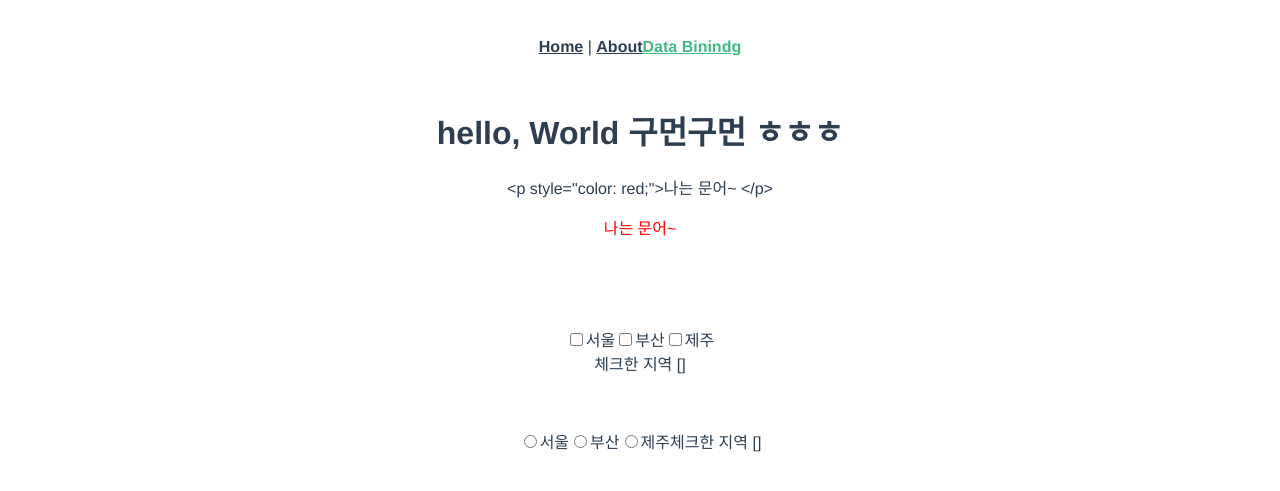
Repository: jang0ha/vue
Page: /databinding
These files come from the project's save history. The page is drawn as it stood at one moment and after the next save; the edit follows.
The browser window is 1280 px wide. The pictures show the whole page.
The project was rebuilt for these pictures with package versions that can differ from the ones it lists, and the page was loaded fresh each time. Also part of the build but not shown: vue.config.js, src/components/HelloWorld.vue, src/views/HomeView.vue, src/views/AboutView.vue.

Above is the page before, as saved 2022-04-06 12:19:06.

### src/App.vue
<template>
  <nav>
    <router-link to="/">Home</router-link> |
    <router-link to="/about">About</router-link>
    <router-link to="/databinding">Data Binindg</router-link>
  </nav>
  <router-view/>
</template>

<style>
#app {
  font-family: Avenir, Helvetica, Arial, sans-serif;
  -webkit-font-smoothing: antialiased;
  -moz-osx-font-smoothing: grayscale;
  text-align: center;
  color: #2c3e50;
}

nav {
  padding: 30px;
}

nav a {
  font-weight: bold;
  color: #2c3e50;
}

nav a.router-link-exact-active {
  color: #42b983;
}
</style>

### src/router/index.js
import { createRouter, createWebHistory } from 'vue-router'
import HomeView from '../views/HomeView.vue'
import AboutView from '../views/AboutView.vue'
import DataBinding from '../views/DataBinding.vue'

const routes = [
  {
    path: '/', //브라우저에서 접속하는 url 주소를 정의
    name: 'home',
    component: HomeView // 지정된path로 들어왔을 때 보여줄 vue 컴포넌트 , 앞으로 구현할 vue 파일을 연결하고, 해당파일을 실행
  },
  {
    path: '/about',
    name: 'about',
    // route level code-splitting  >> 라우트 레벨에서 코드를 분할하는 방법
    // this generates a separate chunk (about.[hash].js) for this route  >> 이 라우트에 대한 chunk파일이 분리되어 생성
    // which is lazy-loaded when the route is visited.  >> 이 라우트에 방문했을떄 지연로드 됩니다.
    // component: () => import(
      /* webpackChunkName: "about" */
    //   '../views/AboutView.vue'
    // )
    component: AboutView
  },
  {
    path: '/databinding',
    name: 'DataBinding',
    // route level code-splitting  >> 라우트 레벨에서 코드를 분할하는 방법
    // this generates a separate chunk (about.[hash].js) for this route  >> 이 라우트에 대한 chunk파일이 분리되어 생성
    // which is lazy-loaded when the route is visited.  >> 이 라우트에 방문했을떄 지연로드 됩니다.
    component:DataBinding
  }
]

const router = createRouter({
  history: createWebHistory(process.env.BASE_URL),
  routes
})

export default router

### src/views/DataBinding.vue
<template>
    <h1>hello, {{title}}</h1>

    <div>
        <div>{{htmlString}}</div>
        <div v-html="htmlString"></div>

        <br><br><br><br>

        <label for="1"><input type="checkbox" name="" id="1" v-model="checked" value="서울">서울</label>
        <label for="2"><input type="checkbox" name="" id="2" v-model="checked" value="부산">부산</label>
        <label for="3"><input type="checkbox" name="" id="3" v-model="checked" value="제주">제주</label>
        <br>
        <span>체크한 지역 {{checked}}</span>
          <br><br><br><br>
        <label for="4"><input type="radio" name="" id="4" v-model="picked" value="서울">서울</label>
        <label for="5"><input type="radio" name="" id="5" v-model="picked" value="부산">부산</label>
        <label for="6"><input type="radio" name="" id="6" v-model="picked" value="제주">제주</label>
        <span>체크한 지역 {{picked}}</span>
    </div>
</template>
<script>
export default {
    data(){ //html과 자바스크립트 코드에서 사용할 데이터 변수 선언
        return {
            title : "World 구먼구먼 ㅎㅎㅎ",
            htmlString:'<p style="color: red;">나는 문어~ </p>',
            checked: [],
            picked:[],
        };
    },

}
</script>

Loaded but not shown: public/index.html (common file); src/main.js (common file)

After the next save:
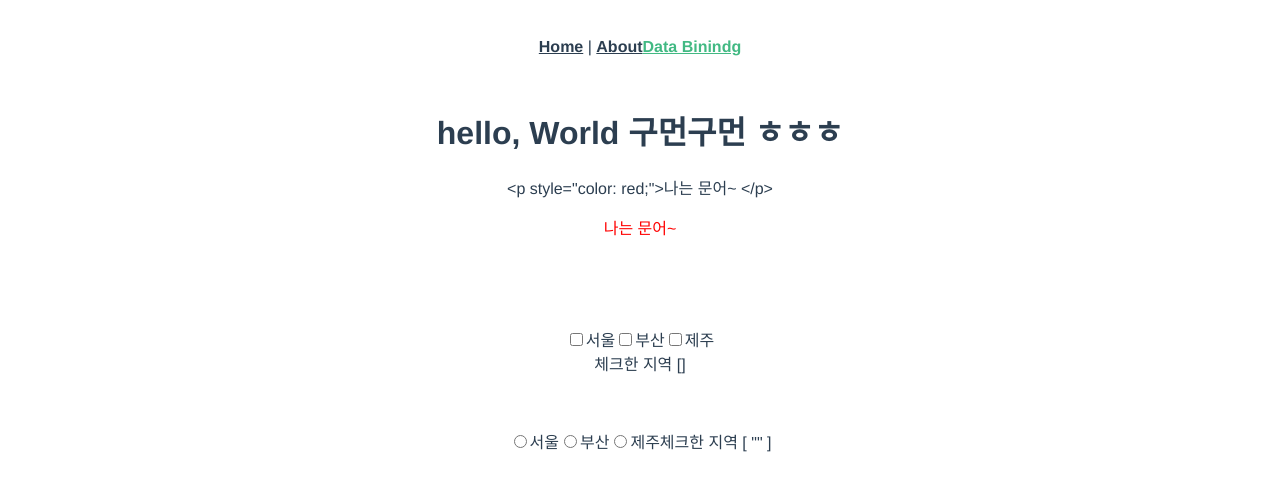
Saved 58 s later.
--- a/src/views/DataBinding.vue
+++ b/src/views/DataBinding.vue
@@ -26,7 +26,7 @@
             title : "World 구먼구먼 ㅎㅎㅎ",
             htmlString:'<p style="color: red;">나는 문어~ </p>',
             checked: [],
-            picked:[],
+            picked:[""],
         };
     },
 

After the save that followed:
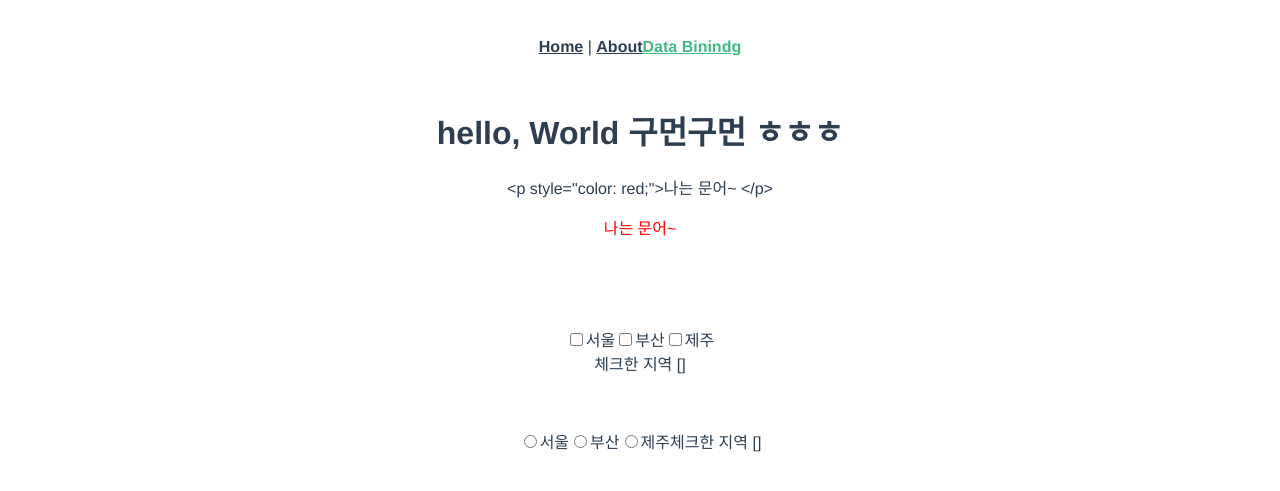
Saved 5 s later.
--- a/src/views/DataBinding.vue
+++ b/src/views/DataBinding.vue
@@ -26,7 +26,7 @@
             title : "World 구먼구먼 ㅎㅎㅎ",
             htmlString:'<p style="color: red;">나는 문어~ </p>',
             checked: [],
-            picked:[""],
+            picked:[],
         };
     },
 
